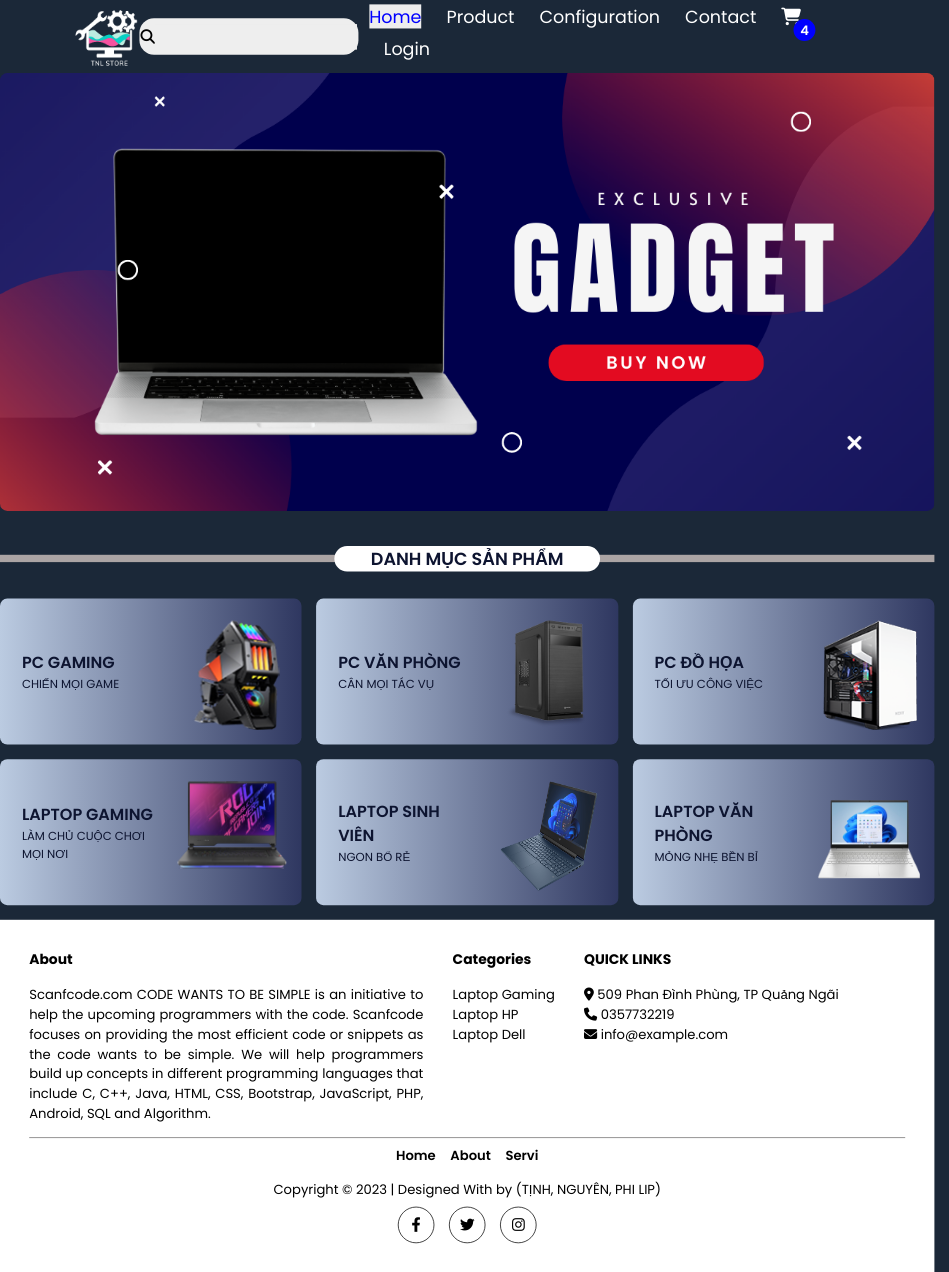
Repository: HPNChanel/DACS
Page: index.html
An editor plug-in stored every save of this project. The page is shown before and after the next save, followed by the edit.
The browser window is 1280 px wide. The page is 1300 px wide, so the pictures cover 1300 px, including what lies to the right of the window. The pictures show the whole page, at 73% of full size.

Above is the page before, as saved 2023-04-13 18:37:06.

### index.html
<!DOCTYPE html>
<html lang="en">
    <head>
        <meta charset="UTF-8" />
        <meta http-equiv="X-UA-Compatible" content="IE=edge" />
        <meta name="viewport" content="width=device-width, initial-scale=1.0" />
        <title>TNL Store</title>
        <link rel="stylesheet" href="./style/main.css" />
        <link rel="preconnect" href="https://fonts.googleapis.com" />
        <link rel="preconnect" href="https://fonts.gstatic.com" crossorigin />
        <link
            href="https://fonts.googleapis.com/css2?family=Poppins:ital,wght@0,100;0,200;0,300;0,400;0,500;0,600;0,700;1,100;1,200;1,300;1,400;1,500;1,700&display=swap"
            rel="stylesheet"
        />
        <link
            rel="stylesheet"
            href="https://cdnjs.cloudflare.com/ajax/libs/font-awesome/6.4.0/css/all.min.css"
            integrity="sha512-iecdLmaskl7CVkqkXNQ/ZH/XLlvWZOJyj7Yy7tcenmpD1ypASozpmT/E0iPtmFIB46ZmdtAc9eNBvH0H/ZpiBw=="
            crossorigin="anonymous"
            referrerpolicy="no-referrer"
        />
    </head>
    <body>
        <nav>
            <div class="nav-content">
                <div class="nav-logo">
                    <a href="">
                        <img
                            src="./image/Black Minimalist  Computer Service Logo (2)/5.png"
                            alt=""
                        />
                    </a>
                </div>
                <div class="nav-search">
                    <label for="nav-search">
                        <i class="fa fa-search"></i>
                        <input type="text" id="nav-search" />
                    </label>
                </div>
                <div class="nav-menu">
                    <a href="">Home</a>
                    <a href="">Product</a>
                    <a href="">Configuration</a>
                    <a href="">Contact</a>
                    <a href=""><i class="fa-solid fa-cart-shopping"></i></a>
                    <a href="" class="login">Login</a>
                </div>
            </div>
        </nav>
        <main>
            <div class="slider">
                <div class="slides">
                    <input type="radio" name="radio-btn" id="radio1" />
                    <input type="radio" name="radio-btn" id="radio2" />
                    <input type="radio" name="radio-btn" id="radio3" />
                    <input type="radio" name="radio-btn" id="radio4" />

                    <div class="slide first">
                        <img src="./image/banner1.png" alt="" />
                    </div>
                    <div class="slide">
                        <img src="./image/banner2.png" alt="" />
                    </div>
                    <div class="slide">
                        <img src="./image/banner3.png" alt="" />
                    </div>
                    <div class="slide">
                        <img src="./image/banner4.png" alt="" />
                    </div>

                    <div class="navigation-auto">
                        <div class="auto-btn1"></div>
                        <div class="auto-btn2"></div>
                        <div class="auto-btn3"></div>
                        <div class="auto-btn4"></div>
                    </div>
                </div>

                <div class="navigation-manual">
                    <label for="radio1" class="munual-btn"></label>
                    <label for="radio2" class="munual-btn"></label>
                    <label for="radio3" class="munual-btn"></label>
                    <label for="radio4" class="munual-btn"></label>
                </div>
            </div>
            <!-- Block của content -->
            <div class="block">
                <div class="block-header">
                    <span class="block-header-title">DANH MỤC SẢN PHẨM</span>
                </div>
                <div class="block-content">
                    <a href="./pc-gaming.html">
                        <div class="text">PC Gaming</div>
                        <div class="text-sub">Chiến mọi game</div>
                        <img src="./image/cat_maytinh_v2.png" alt="" />
                    </a>
                    <a href="./pc-vanphong.html">
                        <div class="text">PC Văn Phòng</div>
                        <div class="text-sub">Cân mọi tác vụ</div>
                        <img src="./image/cat-vanphong.png" alt="" />
                    </a>
                    <a href="./pc-dohoa.html">
                        <div class="text">PC Đồ họa</div>
                        <div class="text-sub">Tối ưu công việc</div>
                        <img src="./image/cat_dohoa_v3.png" alt="" />
                    </a>
                    <a href="./laptop-gaming.html">
                        <div class="text">Laptop Gaming</div>
                        <div class="text-sub">Làm chủ cuộc chơi mọi nơi</div>
                        <img
                            src="./image/cat_ laptop_v2.png"
                            alt=""
                            class="height-image"
                        />
                    </a>
                    <a href="./laptop-sinhvien.html">
                        <div class="text">Laptop sinh viên</div>
                        <div class="text-sub">Ngon bổ rẻ</div>
                        <img src="./image/laptop_sinhvien.png" alt="" />
                    </a>
                    <a href="./laptop-vanphong.html">
                        <div class="text">Laptop Văn Phòng</div>
                        <div class="text-sub">Mỏng nhẹ bền bỉ</div>
                        <img src="./image/cat_laptop_hoctap_v2.png" alt="" />
                    </a>
                </div>
            </div>
        </main>
        <!-- footer -->
        <footer>
            <div class="footer-top">
                <div class="footer-about">
                    <h6>About</h6>
                    <p>
                        Scanfcode.com CODE WANTS TO BE SIMPLE is an initiative
                        to help the upcoming programmers with the code.
                        Scanfcode focuses on providing the most efficient code
                        or snippets as the code wants to be simple. We will help
                        programmers build up concepts in different programming
                        languages that include C, C++, Java, HTML, CSS,
                        Bootstrap, JavaScript, PHP, Android, SQL and Algorithm.
                    </p>
                </div>
                <div class="footer-categories">
                    <h6>Categories</h6>
                    <a href=""><p>Laptop Gaming</p></a>
                    <a href=""><p>Laptop HP</p></a>
                    <a href=""><p>Laptop Dell</p></a>
                </div>
                <div class="footer-quickLinks">
                    <h6>QUICK LINKS</h6>
                    <p>
                        <i class="fa-sharp fa-solid fa-location-dot"> </i> 509
                        Phan Đình Phùng, TP Quảng Ngãi
                    </p>
                    <p><i class="fa fa-phone"></i> 0357732219</p>
                    <p><i class="fa-solid fa-envelope"></i> info@example.com</p>
                </div>
            </div>
            <div class="footer-bottom">
                <div class="footer-nav">
                    <a href=""> <p>Home</p> </a>
                    <a href=""> <p>About</p> </a>
                    <a href=""> <p>Servi</p> </a>
                </div>
                <p>
                    Copyright © 2023 | Designed With by (TỊNH, NGUYÊN, PHI LIP)
                </p>
                <div class="footer-icon-about">
                    <a href="">
                        <i class="fa-brands fa-facebook-f"></i>
                    </a>
                    <a href="">
                        <i class="fa-brands fa-twitter"></i>
                    </a>
                    <a href="">
                        <i class="fa-brands fa-instagram"></i>
                    </a>
                </div>
            </div>
        </footer>
        <script src="main.js"></script>
    </body>
</html>

### style/main.css
* {
    margin: 0;
    padding: 0;
    box-sizing: border-box;
    list-style: none;
    text-decoration: none;
}
html {
    font-size: 62.5%;
}
body {
    font-family: "Poppins", sans-serif;
    font-size: 1.6rem;
    margin: 0 auto;
    background-color: #1b2838;
}
/* NAV */
main {
    width: 1280px;
    margin: 0 auto;
    margin-top: 100px;
}
nav {
    width: 100%;
    height: 100px;
    position: fixed;
    top: 0;
    left: 0;
    right: 0;
    background-color: #1b2838;
    z-index: 2;
    display: flex;
    align-items: center;
}
.nav-content {
    width: 100%;
    display: flex;
    align-items: center;
    justify-content: space-between;
    margin: 0 100px;
}
.nav-logo {
    width: 100px;
    height: 100px;
    object-fit: cover;
}
.nav-logo img {
    width: 100%;
    height: 100%;
}
.nav-search label {
    display: flex;
    align-items: center;
    justify-content: center;
    width: 300px;
    height: 50px;
    background-color: #eee;
    border-radius: 20px;
    cursor: pointer;
    /* margin-left: -300px; */
}
.nav-search i {
    font-size: 20px;
}
.nav-search input {
    padding: 5px 30px 5px 15px;
    outline: none;
    background-color: inherit;
    border: none;
    font-size: 18px;
    line-height: 25px;
}
.nav-menu a {
    font-size: 24px;
    color: white;
    margin: 0 15px;
}
.nav-menu a:not(:last-child):hover {
    border-bottom: 3px solid #eee;
}
.nav-menu a:nth-child(5) {
    position: relative;
}
.nav-menu a:nth-child(5)::before {
    content: "4";
    position: absolute;
    top: 20px;
    right: -20px;
    font-size: 18px;
    font-weight: 600;
    width: 30px;
    height: 30px;
    color: white;
    background-color: blue;
    border-radius: 50%;
    display: flex;
    justify-content: center;
    align-items: center;
}
.login {
    padding: 10px 20px;
    border-radius: 30px;
    display: inline-block;
}
.nav-menu a:first-child {
    background-color: #eee;
    color: blue;
}
.login a {
}
/* END NAV */
.slider {
    width: 1280px;
    height: 60rem;
    border-radius: 10px;
    overflow: hidden;
}
.slides {
    width: 500%;
    height: 50rem;
    display: flex;
}
.slides input {
    display: none;
}
.slide {
    width: 20%;
    transition: 2s;
}
.slide img {
    width: 1280px;
    height: 600px;
}

.navigation-manual {
    position: absolute;
    width: 1280px;
    display: flex;
    justify-content: center;
    margin-top: 40px;
}
.munual-btn {
    border: 2px solid var(--slide-background-color);
    padding: 5px;
    border-radius: 10px;
    cursor: pointer;
    transition: 1s;
}
.munual-btn:not(:last-child) {
    margin-right: 10px;
}
.munual-btn:hover {
    background-color: var(--slide-background-color);
}

#radio1:checked ~ .first {
    margin-left: 0;
}
#radio2:checked ~ .first {
    margin-left: -20%;
}
#radio3:checked ~ .first {
    margin-left: -40%;
}
#radio4:checked ~ .first {
    margin-left: -60%;
}

.navigation-auto {
    position: absolute;
    display: flex;
    width: 1280px;
    justify-content: center;
    margin-top: 540px;
}
.navigation-auto div {
    border: 2px solid var(--slide-background-color);
    padding: 5px;
    border-radius: 10px;
    transition: 1s;
}
.navigation-auto div:not(:last-child) {
    margin-right: 10px;
}

#radio1:checked ~ .navigation-auto .auto-btn1 {
    background-color: var(--slide-background-color);
}
#radio2:checked ~ .navigation-auto .auto-btn2 {
    background-color: var(--slide-background-color);
}
#radio3:checked ~ .navigation-auto .auto-btn3 {
    background-color: var(--slide-background-color);
}
#radio4:checked ~ .navigation-auto .auto-btn4 {
    background-color: var(--slide-background-color);
}

.block {
    margin-top: 60px;
}
.block-header {
    display: flex;
    align-items: center;
    justify-content: center;
    background-color: #aba4a4;
    height: 10px;
}
.block-header-title {
    position: relative;
    padding-left: 50px;
    padding-right: 50px;
    background-color: white;
    font-weight: 600;
    border-radius: 30px;
    font-size: 2.4rem;
    color: #0d1430;
}
.block-content {
    margin-top: 50px;
    display: flex;
    flex-wrap: wrap;
    margin-right: -2rem;
}
.block-content a {
    width: calc(33.33% - 2rem);
    height: 20rem;
    display: flex;
    flex-direction: column;
    align-items: flex-start;
    justify-content: center;
    margin-right: 2rem;
    margin-bottom: 2rem;
    padding-left: 30px;
    background: linear-gradient(to right, #bbcbe1 0, #313965e4 100%);
    position: relative;
    border-radius: 10px;
}
.block-content .text,
.block-content .text-sub {
    text-transform: uppercase;
    color: #0d1430;
    width: 50%;
}
.block-content .text {
    font-weight: 600;
    font-size: 2.2rem;
}
.block-content img {
    position: absolute;
    top: 3rem;
    right: 2rem;
    width: 15rem;
    height: 15rem;
    /* box-shadow: 10px 10px 10px red; */
}
.block-content .height-image {
    height: 12rem;
}
.block-content a:hover {
    scale: 1.05;
    transition: all 0.2s ease-in-out;
    box-shadow: 0px 0 10px 5px #dce5f3;
}

/* Footer*/
footer {
    width: 100%;
    background-color: white;
    padding: 40px;
}
.footer-top {
    display: flex;
    color: black;
    font-size: 18px;
    border-bottom: 1px solid #6f6d6d;
    padding-bottom: 20px;
}
.footer-about {
    width: 45%;
    margin-right: 40px;
}
.footer-about p {
    text-align: justify;
}
h6 {
    font-size: 19px;
    font-weight: 700;
    margin-bottom: 20px;
}

.footer-categories a {
    color: black;
}
.footer-categories {
    margin-right: 40px;
}
.footer-bottom {
    display: flex;
    align-items: center;
    flex-direction: column;
}
.footer-nav {
    display: flex;
    flex-direction: row;
}
.footer-nav a {
    font-size: 18px;
    color: black;
    font-weight: 600;
    margin: 10px;
}
.footer-bottom p {
    font-size: 18px;
    margin-bottom: 10px;
}
.footer-icon-about {
    font-size: 20px;
    display: flex;
    flex-direction: row;
}
.footer-icon-about a {
    display: inline-block;
    width: 50px;
    border: 1px solid black;
    border-radius: 50%;
    height: 50px;
    display: flex;
    align-items: center;
    justify-content: center;
    /* margin: top right bottom left */
    margin: 0 10px;
}
.footer-icon-about i {
    color: black;
}

### main.js
var counter = 1;
setInterval(function () {
  document.getElementById("radio" + counter).checked = true;
  counter++;
  if (counter > 4) {
    counter = 1;
  }
}, 5000);

After the next save:
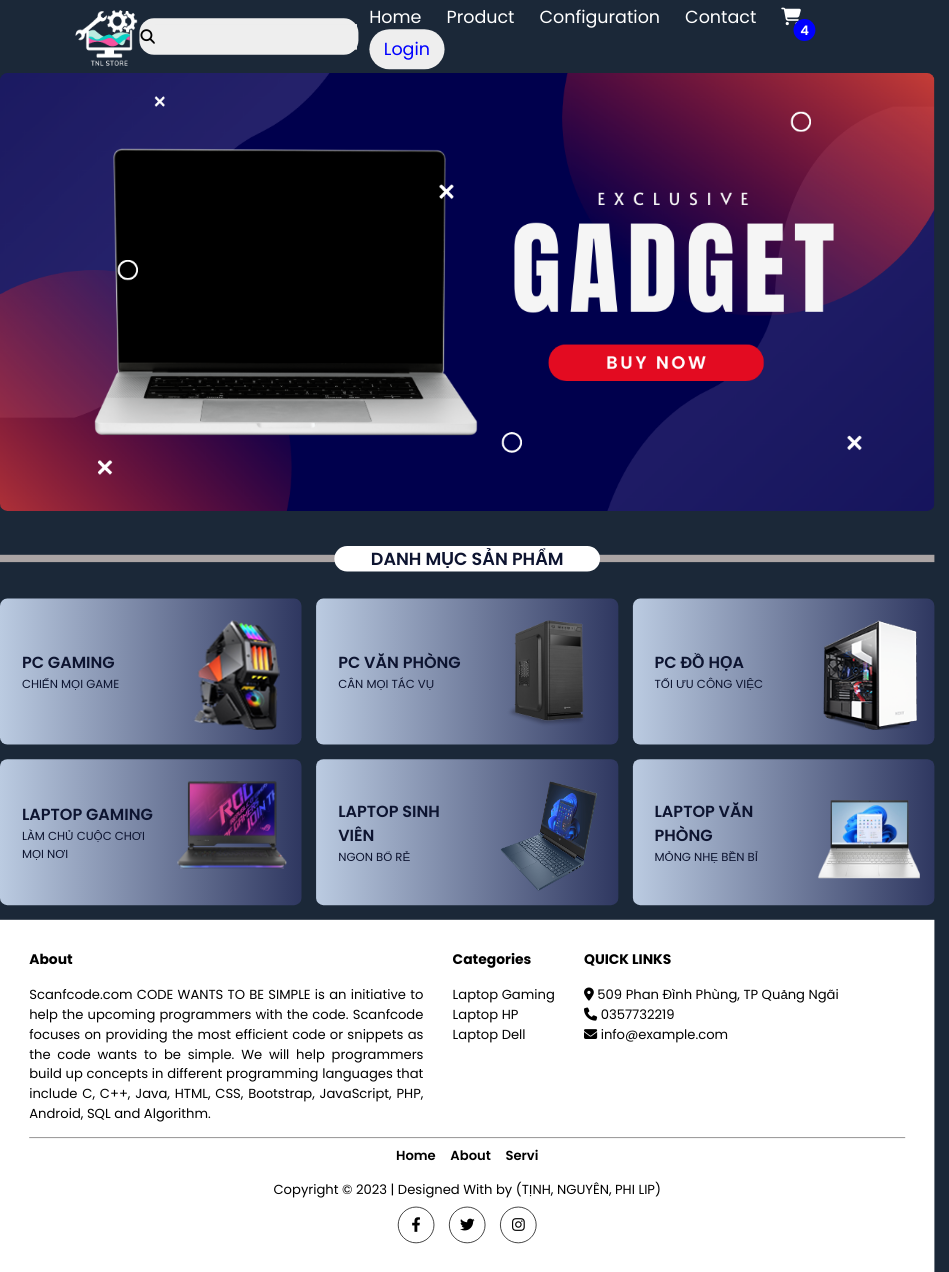
Saved 14 s later.
--- a/style/main.css
+++ b/style/main.css
@@ -102,7 +102,7 @@ nav {
     border-radius: 30px;
     display: inline-block;
 }
-.nav-menu a:first-child {
+.nav-menu a:last-child {
     background-color: #eee;
     color: blue;
 }
